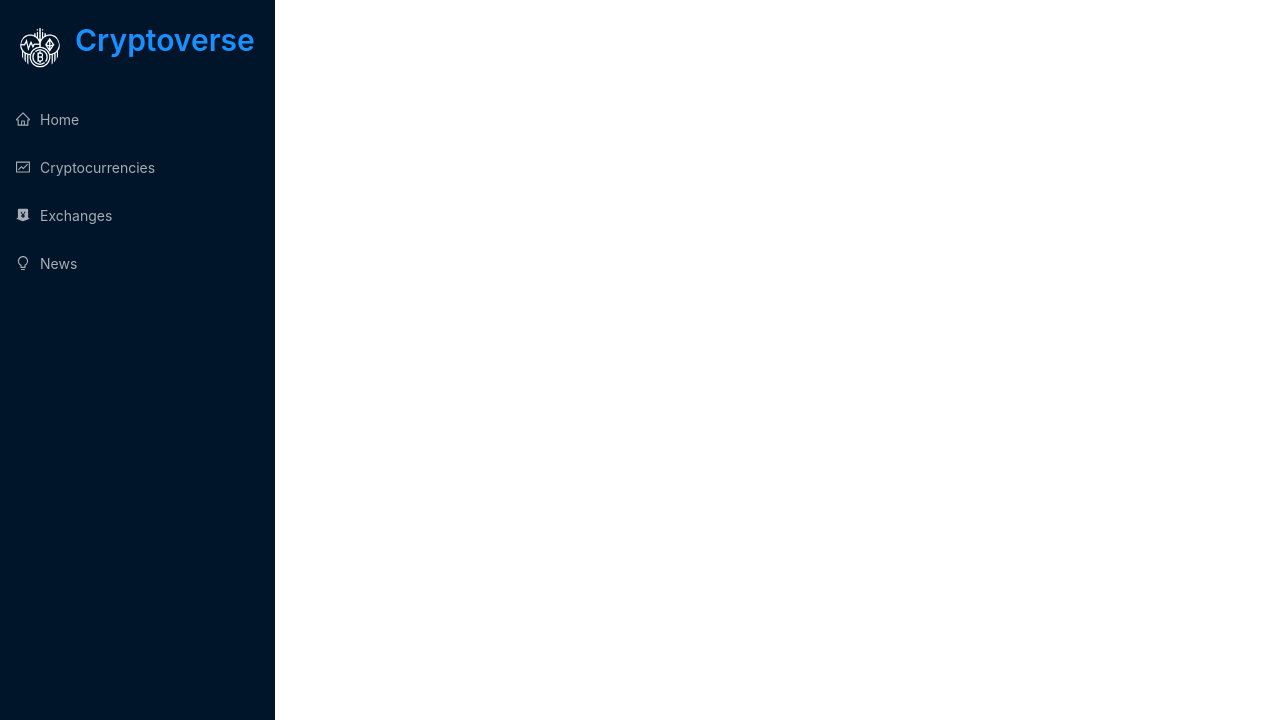
Repository: long13820/app-crypto
Page: /
The author's editor kept a copy of each file at every save. The page is drawn from the files as they stood at one save, then again after a run of saves.
The browser window is 1280 px wide. The pictures show the whole page.
The project was rebuilt for these pictures with package versions that can differ from the ones it lists, and the page was loaded fresh each time. Also part of the build but not shown: src/components/Homepage.jsx, src/components/Cryptocurrencies.jsx, src/components/Exchanges.jsx, src/components/News.jsx, src/components/CryptoDetails.jsx.

Above is the page before, as saved 2022-01-17 10:35:51.

### src/index.js
import React from 'react';
import ReactDOM from 'react-dom';
import { BrowserRouter as Router} from "react-router-dom";
import App from './App';
import 'antd/dist/antd.css';
ReactDOM.render(
<Router>
    <App />
</Router>
, document.getElementById('root'));

### src/App.js
import react from "react";
import { Routes, Route, Link } from "react-router-dom";
import { Layout, Typography, Space } from "antd";
import "../src/App.css";
import {
  Navbar,
  Exchanges,
  Homepage,
  Cryptocurrencies,
  CryptoDetails,
  News,
} from "./components";
const App = () => {
  return (
    <div className="app">
      <div className="navbar">
        <Navbar />
      </div>
      {/* <div className="main">
        <Layout>
          <div className="routes">
            <Routes>
              <Route exact path="/">
                <Homepage />
              </Route>
              <Route exact path="/exchanges">
                <Exchanges />
              </Route>
              <Route exact path="/cryptocurrencies">
                <Cryptocurrencies />
              </Route>
              <Route exact path="/crypto/:coinId">
                <CryptoDetails />
              </Route>
              <Route exact path="/news">
                <News />
              </Route>
            </Routes>
          </div>
        </Layout>
      </div>
      <div className="footer" style={{ color: "white", textAlign: "center" }}>
        <Typography.Title>
          Cryptoverse <br />
          All rights reserved
        </Typography.Title>
      </div> */}
    </div>
  );
};

export default App;

### src/components/index.js
export {default as Navbar} from './Navbar';
export {default as Homepage} from './Homepage';
export {default as Cryptocurrencies} from './Cryptocurrencies';
export {default as Exchanges} from './Exchanges';
export {default as News} from './News';
export {default as CryptoDetails} from './CryptoDetails';

### src/components/Navbar.jsx
import React from 'react'
import { Button, Menu, Typography, Avatar } from "antd";
import { Link } from "react-router-dom";
import { HomeOutlined, MoneyCollectFilled, BulbOutlined, FundOutlined, MenuOutlined } from '@ant-design/icons'
import icon from '../images/cryptocurrency.png'
const Navbar = () => {
    return (
        <div className='nav-container'>
            <div className='logo-container'>
                <Avatar src={icon} size='large'/>
                <Typography.Title level={2} className='logo'>
                    <Link to='/'>Cryptoverse</Link>
                </Typography.Title>
            </div>
            <Menu theme='dark'>
                <Menu.Item icon={<HomeOutlined/>}>
                    <Link to="/">Home</Link>
                </Menu.Item>
                <Menu.Item icon={<FundOutlined/>}>
                    <Link to="/cryptocurrencies">Cryptocurrencies</Link>
                </Menu.Item>
                <Menu.Item icon={<MoneyCollectFilled/>}>
                    <Link to="/exchanges">Exchanges</Link>
                </Menu.Item>
                <Menu.Item icon={<BulbOutlined/>}>
                    <Link to="/news">News</Link>
                </Menu.Item>
            </Menu>
        </div>
    )
}

export default Navbar

Loaded but not shown: public/index.html (common file); src/App.css (common file)

After the next 4 saves:
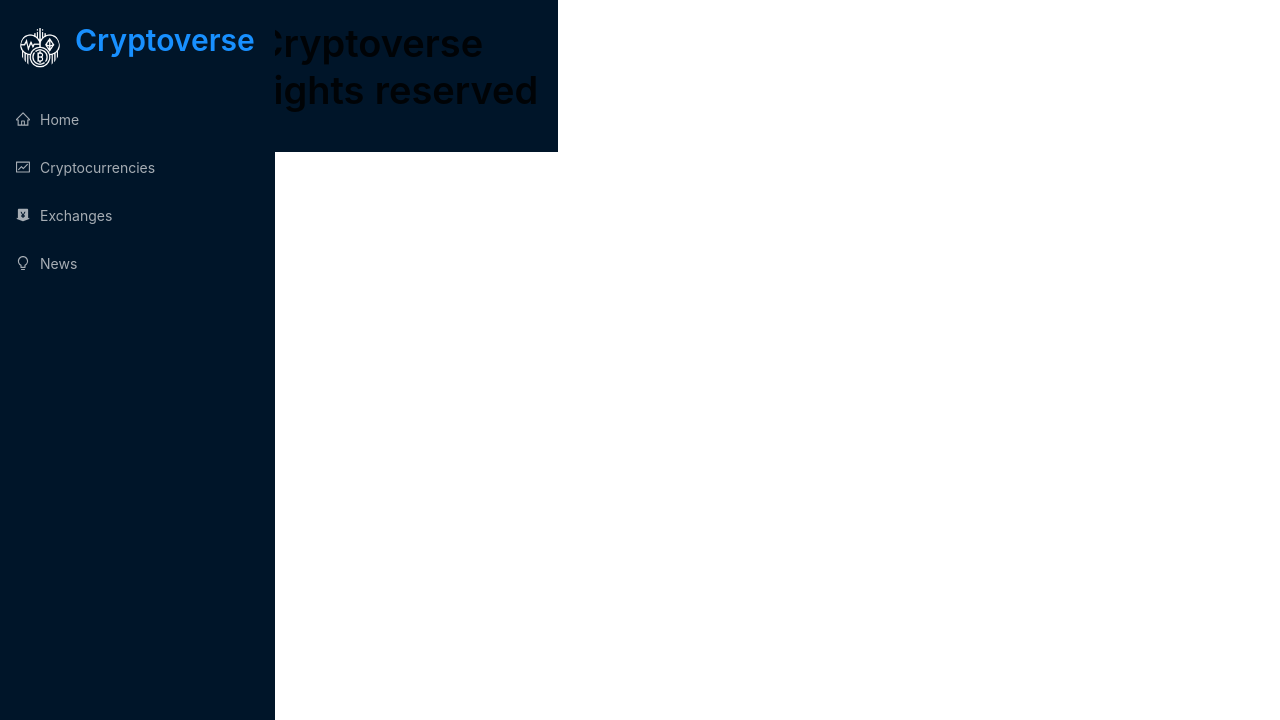
The 4 saves are shown as one change because 3 did not build or start.
The last was saved 54 s later.
--- a/src/App.js
+++ b/src/App.js
@@ -38,13 +38,13 @@ const App = () => {
             </Routes>
           </div>
         </Layout>
-      </div>
+      </div> */}
       <div className="footer" style={{ color: "white", textAlign: "center" }}>
         <Typography.Title>
           Cryptoverse <br />
           All rights reserved
         </Typography.Title>
-      </div> */}
+      </div>
     </div>
   );
 };
